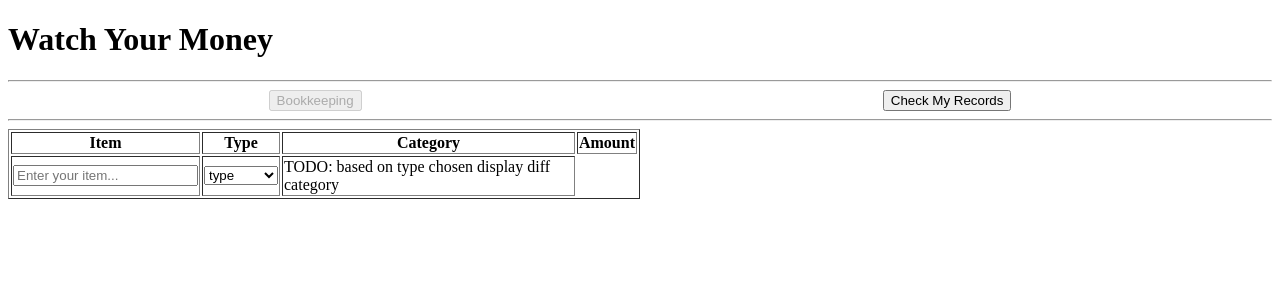
Repository: chelsea9869/Hackathon-TNT
Page: http://localhost/app/watch_your_money.php
An editor plug-in stored every save of this project. The page is shown before and after a run of saves, followed by the edit.
The browser window is 1280 px wide. The pictures show the whole page.
The page is run by PHP 8.4 with error messages shown; the project is at /var/www/html/.

Above is the page before, as saved 2020-09-05 12:22:48.

### app/watch_your_money.php
<?php
require_once 'include/bookkeeping-dropdown.php';
?>
<!DOCTYPE html>
<html lang="en">
<head>
    <meta charset="UTF-8">
    <meta name="viewport" content="width=device-width, initial-scale=1.0">
    <title>Watch Your Money</title>
</head>
<body>
    <h1>Watch Your Money</h1>
    <hr>
    <div id='function' style='display: flex;justify-content: space-around;'>
        <div id='bookkeeping-button'>
            <button disabled="disabled">Bookkeeping</button>
        </div>
        <div id='check-records-button'>
            <button>Check My Records</button>
        </div>
    </div>
    <hr>
    <div id='main-content'>
        <div id='bookkeeping'>
        <form name='bookkeeping-form' action="post">
            <table id='bookkeeping-form-table' border="1px" width='50%'>
                    <thead>
                        <tr>
                            <th>Item</th>
                            <th>Type</th>
                            <th>Category</th>
                            <th>Amount</th>
                        </tr>
                    </thead>
                    <tbody>
                        <tr>
                            <td><input type="text" name="item[]" placeholder="Enter your item..."></td>
                            <td><?=$type_dropdown?></td>
                            <td>TODO: based on type chosen display diff category</td>
                        </tr>
                    </tbody>
                </table>
            </form>
        </div>
    </div>
</body>
</html>

### app/include/bookkeeping-dropdown.php
<?php
$csv_path = 'data/bookkeeping-category.csv';
$category = @fopen($csv_path,'r');

$type_dropdown= "<select id='bookkeeping-type' name='type'>";
$income_dropdown="<select id='bookkeeping-income' name='category'>";
$expense_dropdown="<select id='bookkeeping-expense' name='category'>";

foreach (($heading = fgetcsv($category))as $idx => $type) {
    $type_dropdown .= "<option value=$type>$type</option>";
}
$type_dropdown .= "</select>";


while (($data = fgetcsv($category)) !== FALSE) {
    if($data[0] =='income'){
        $income_dropdown .= "<option value={$data[1]}>{$data[1]}</option>";
    }else{
        $expense_dropdown .= "<option value={$data[1]}>{$data[1]}</option>";
    }
}
$income_dropdown  .= "</select>";
$expense_dropdown .= "</select>";
?>

### app/data/bookkeeping-category.csv
type,category
income,salary
income,allowance
income,investment
income,interest
income,others
expense,food
expense,grocery
expense,shopping
expense,transportation
expense,sports
expense,communication
expense,fashion
expense,travel
expense,healthcare
expense,entertainment
expense,utility
expense,rent
expense,study
expense,digital

After the next 15 saves:
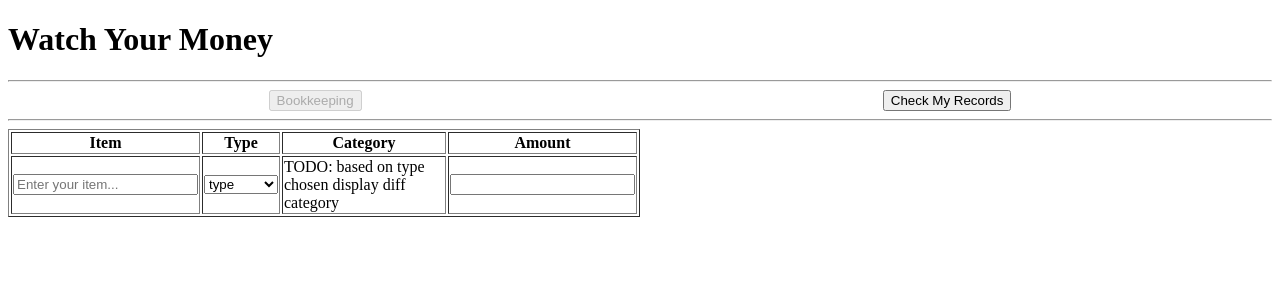
The 15 saves are shown as one change because they came seconds apart.
The last was saved 28 s later.
--- a/app/watch_your_money.php
+++ b/app/watch_your_money.php
@@ -37,6 +37,7 @@ require_once 'include/bookkeeping-dropdown.php';
                             <td><input type="text" name="item[]" placeholder="Enter your item..."></td>
                             <td><?=$type_dropdown?></td>
                             <td>TODO: based on type chosen display diff category</td>
+                            <td><input type='number' name='amount[]'></td>
                         </tr>
                     </tbody>
                 </table>
